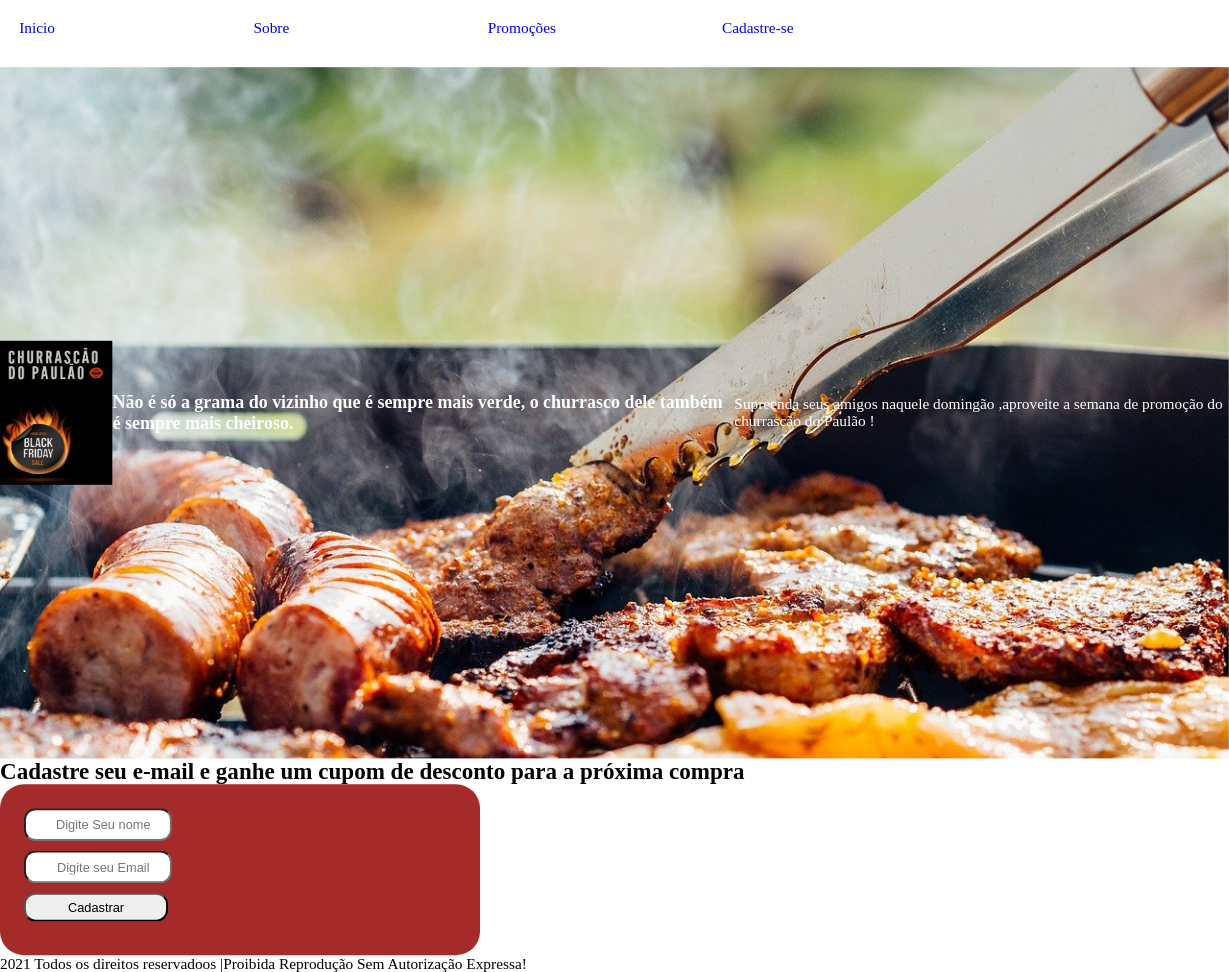
Repository: PauloMarquess/ProjetoBlackFriday
Page: index.html
These files come from the project's save history. The page is drawn as it stood at one moment and after the next save; the edit follows.
The browser window is 1280 px wide. The pictures show the whole page, at 96% of full size.

Above is the page before, as saved 2021-07-15 16:18:48.

### index.html
<!DOCTYPE html>
<html lang="pt-Br">
<head>
    <meta charset="UTF-8">
    <meta http-equiv="X-UA-Compatible" content="IE=edge">
    <meta name="viewport" content="width=device-width, initial-scale=1.0">
    <link rel="stylesheet" href="./css/style.css">
    <title>Churrascão do Paulão</title>
</head>
<body>
    <nav class="menu">
    <ul>
        <li ><a href="#">Inicio</a></li>
        <li ><a href="#">Sobre</a></li>
        <li ><a href="#">Promoções</a></li>
        <li ><a href="#">Cadastre-se</a></li>
    </ul>
    </nav>

    <section class="container background-section">
        <img src="./img/icone.jpeg ">
        <h3>Não é só a grama do vizinho que é sempre mais verde, o churrasco dele também é sempre mais cheiroso.</h3>
        <p>Supreenda seus amigos naquele domingão ,aproveite a semana de promoção do churrascão do Paulão !</p>

    </section>

    <section>
        <h2>Cadastre seu e-mail e ganhe um cupom de desconto para a próxima compra</h2>
    </section>
    <section class="formulario">
        <div id="content">
            <form id="form">
                <input type="text" placeholder="   Digite Seu nome" id="name" >
                <input type="email" placeholder="   Digite seu Email" id="email">
                <input type="submit" value="Cadastrar">

            </form>
     </div>
    </section>
    <footer>2021 Todos os direitos reservadoos |Proibida Reprodução Sem Autorização Expressa!</footer>

</body>
<script src="./script.js"></script>
</html>

### css/style.css
* {
    padding: 0;
    margin:0;
    list-style: none;
    text-decoration: none;

}
html{
    scroll-behavior: smooth;
}

.menu ul li {
    display: inline-block;
    width: 200px;
    height: 30px;
    padding: 20px;


}


.container{
    width: 100%;
    height: 100vh;
    display: flex;
    align-items: center;
    color: white;
}
.container img {
    width: 150px;
    height: 150px;
}
.background-section {
    background-image: url(../img/barbecue-820010_1280.jpg)
}


.formulario {
    background-color: brown;
    border-radius: 25px;
    padding: 25px;
    align-items: center;
    max-width: 450px;
}
.formulario form {
    display: grid;
    width: 150px;
    align-items: center;
}
input {
    width: 100%;
    border-radius: 12px;
   height: 30px;
   margin-bottom: 10px;
   text-align: center;
}

### script.js
const form = document.getElementById ('form')

form.addEventListener('submit',(e) =>{
    e.preventDefault()
    let nome =document.getElementById('name').value;
    let email =document.getElementById('email').value;
    console.log(nome,email)
    let data ={
        nome,email,
    }
let converteData =JSON.stringify(data);
localStorage.setItem('lead',converteData)

let content = document.getElementById('content')

let carregando = `<p>carregando...</p>`

let enviado =`<p>Cadastrado com sucesso</p>`

content.innerHTML =carregando

setTimeout(() => {
content.innerHTML = enviado
},1500)

})

After the next save:
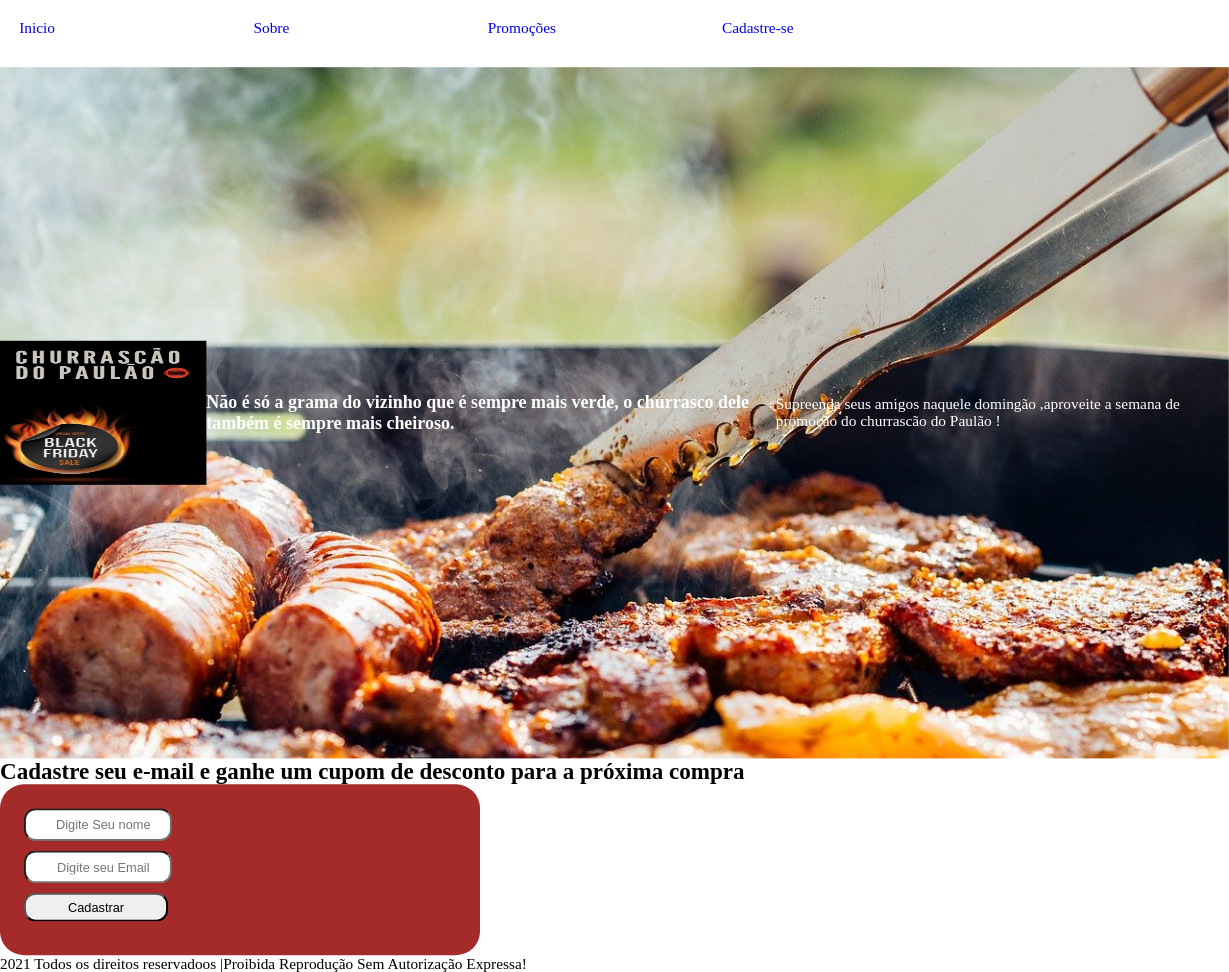
Saved 14 s later.
--- a/css/style.css
+++ b/css/style.css
@@ -27,7 +27,7 @@
     color: white;
 }
 .container img {
-    width: 150px;
+    width: 300px;
     height: 150px;
 }
 .background-section {
